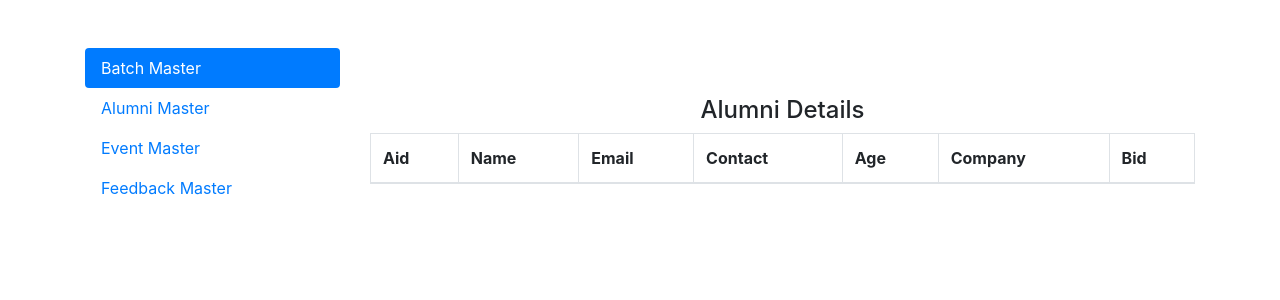
Repository: Shreyash1107/Web_Projects
Page: http://localhost/AlumnieventmanagementApplication/Viewalumni.jsp
These files come from the project's save history. The page is drawn as it stood at one moment and after the next save; the edit follows.
The browser window is 1280 px wide. The pictures show the whole page.
The page is served by Tomcat 9. Nobody is signed in. The application's start-up code is not run. Other server files are loaded and not shown. Queries for data that is not in the repository find no rows.

Above is the page before, as saved 2024-07-30 07:12:53.

### AlumnieventmanagementApplication/src/main/webapp/Viewalumni.jsp
<%@page import="org.techhub.service.*"%>
<%@page import="org.techhub.model.*"%>
<%@page import="java.util.*"%>
<%@ page language="java" contentType="text/html; charset=ISO-8859-1"
	pageEncoding="ISO-8859-1"%>
<!DOCTYPE html>
<html>
<head>
<meta charset="ISO-8859-1">
<title>View Alumni</title>
<link rel="stylesheet"
	href="https://cdn.jsdelivr.net/npm/bootstrap@4.0.0/dist/css/bootstrap.min.css"
	integrity="sha384-Gn5384xqQ1aoWXA+058RXPxPg6fy4IWvTNh0E263XmFcJlSAwiGgFAW/dAiS6JXm"
	crossorigin="anonymous">
</head>
<body>
	<div class="container mt-5">
		<div class="row">
			<div class="col-md-3">
				<div class="nav flex-column nav-pills menubar" id="v-pills-tab"
					role="tablist" aria-orientation="vertical">
					<a class="nav-link active" id="v-pills-home-tab" data-toggle="pill"
						href="index.jsp" role="tab" aria-controls="v-pills-home"
						aria-selected="true">Batch Master</a> <a class="nav-link"
						id="v-pills-profile-tab" data-toggle="pill"
						href="Alumnimaster.jsp" role="tab" aria-controls="v-pills-profile"
						aria-selected="false">Alumni Master</a> <a class="nav-link"
						id="v-pills-messages-tab" data-toggle="pill"
						href="#v-pills-messages" role="tab"
						aria-controls="v-pills-messages" aria-selected="false">Event
						Master</a> <a class="nav-link" id="v-pills-settings-tab"
						data-toggle="pill" href="#v-pills-settings" role="tab"
						aria-controls="v-pills-settings" aria-selected="false">Feedback
						Master</a>
				</div>
			</div>
			<div class="col-md-9 content">
				<div class="tab-content" id="v-pills-tabContent">
					<div class="tab-pane fade show active" id="v-pills-home"
						role="tabpanel" aria-labelledby="v-pills-home-tab">
						<div class="form-container mt-5">
						<center>
							<h4>Alumni Details</h4>
						</center>
							<table class="table table-bordered">
								<thead>
									<tr>
										<th scope="col">Aid</th>
										<th scope="col">Name</th>
										<th scope="col">Email</th>
										<th scope="col">Contact</th>
										<th scope="col">Age</th>
										<th scope="col">Company</th>
										<th scope="col">Bid</th>
									</tr>
								</thead>
								<tbody>
									<%
									Alumnimasterservice amservice = new AlumniMasterServiceImpl();
									Vector<AlumniMasterModel> vect = amservice.getalumni();
									if (vect != null) {
										for (AlumniMasterModel amodel : vect) {
									%>
									<tr>
										<td><%=amodel.getid()%></td>
										<td><%=amodel.getname()%></td>
										<td><%=amodel.getEmail()%></td>
										<td><%=amodel.getContact()%></td>
										<td><%=amodel.getAge()%></td>
										<td><%=amodel.getCompany()%></td>
										<td><%=amodel.getBid()%></td>
									</tr>
									<%
									}
									}
									%>
								</tbody>
							</table>
						</div>
					</div>
					<div class="tab-pane fade" id="v-pills-profile" role="tabpanel"
						aria-labelledby="v-pills-profile-tab"></div>
					<div class="tab-pane fade" id="v-pills-messages" role="tabpanel"
						aria-labelledby="v-pills-messages-tab"></div>
					<div class="tab-pane fade" id="v-pills-settings" role="tabpanel"
						aria-labelledby="v-pills-settings-tab"></div>
				</div>
			</div>
		</div>
	</div>
</body>
</html>

### AlumnieventmanagementApplication/src/main/java/org/techhub/service/Alumnimasterservice.java
package org.techhub.service;

import java.util.Vector;

import org.techhub.model.AlumniMasterModel;

public interface Alumnimasterservice
{
	public boolean isAlumniAdded(AlumniMasterModel am);
	public Vector<AlumniMasterModel> getalumni();
	public boolean isAlumniUpdated(AlumniMasterModel am);
	public boolean isAlumnidelete(AlumniMasterModel am);
}

### AlumnieventmanagementApplication/src/main/java/org/techhub/service/AlumniMasterServiceImpl.java
package org.techhub.service;

import java.util.Vector;

import org.techhub.model.AlumniMasterModel;
import org.techhub.repository.AlumniMasterModelrepositoryImpl;
import org.techhub.repository.Alumnirepository;

public class AlumniMasterServiceImpl implements Alumnimasterservice
{
	Alumnirepository amrepo = new AlumniMasterModelrepositoryImpl();
	public boolean isAlumniAdded(AlumniMasterModel am)
	{
		return amrepo.isAlumniAdded(am);
	}
	public Vector<AlumniMasterModel> getalumni()
	{
		Vector v = amrepo.getalumni();
		return v;
	}
	public boolean isAlumniUpdated(AlumniMasterModel am)
	{
		return amrepo.isAlumniUpdated(am);
	}
	public boolean isAlumnidelete(AlumniMasterModel am)
	{
		return amrepo.isAlumnidelete(am);
	}
}

### AlumnieventmanagementApplication/src/main/java/org/techhub/repository/Alumnirepository.java
package org.techhub.repository;

import java.util.Vector;

import org.techhub.model.AlumniMasterModel;

public interface Alumnirepository
{
	public boolean isAlumniAdded(AlumniMasterModel am);
	public Vector<AlumniMasterModel> getalumni();
	public boolean isAlumniUpdated(AlumniMasterModel am);
	public boolean isAlumnidelete(AlumniMasterModel am);
}

### AlumnieventmanagementApplication/src/main/java/org/techhub/repository/DB.java
package org.techhub.repository;

import java.sql.Connection;
import java.sql.DriverManager;
import java.sql.PreparedStatement;
import java.sql.ResultSet;
import java.sql.SQLException;

public class DB
{
	protected Connection conn;
	protected ResultSet rs;
	protected PreparedStatement pstmt;
	public DB()
	{
		try
		{
			Class.forName("com.mysql.cj.jdbc.Driver");
		}
		catch (ClassNotFoundException e)
		{
			e.printStackTrace();
		}
		try
		{
			conn = DriverManager.getConnection("jdbc:mysql://localhost:3306/alumnimanagement", "root", "Shreyash@123");
		}
		catch (SQLException e)
		{
			e.printStackTrace();
		}
	}
}

### AlumnieventmanagementApplication/src/main/java/org/techhub/repository/AlumniMasterModelrepositoryImpl.java
package org.techhub.repository;

import java.util.Vector;

import org.techhub.model.AlumniMasterModel;

public class AlumniMasterModelrepositoryImpl extends DB implements Alumnirepository
{
	Vector<AlumniMasterModel> vect = null;
	public boolean isAlumniAdded(AlumniMasterModel am)
	{
		int val;
		try
		{
			pstmt = conn.prepareStatement("insert into alumnimaster values('0',?,?,?,?,?,?)");
			pstmt.setString(1, am.getname());
			pstmt.setString(2, am.getEmail());
			pstmt.setString(3, am.getContact());
			pstmt.setInt(4, am.getAge());
			pstmt.setString(5, am.getCompany());
			pstmt.setInt(6, am.getBid());
			val = pstmt.executeUpdate();
			return val>0?true:false;
		}
		catch(Exception ex)
		{
			ex.printStackTrace();
			return false;
		}
	}
	public Vector<AlumniMasterModel> getalumni()
	{
		vect = new Vector<AlumniMasterModel>();
		try
		{
			pstmt = conn.prepareStatement("select *from Alumnimaster");
			rs = pstmt.executeQuery();
			while(rs.next())
			{
				AlumniMasterModel amodel = new AlumniMasterModel();
				amodel.setAid(rs.getInt(1));
				amodel.setname(rs.getString(2));
				amodel.setEmail(rs.getString(3));
				amodel.setContact(rs.getString(4));
				amodel.setAge(rs.getInt(5));
				amodel.setCompany(rs.getString(6));
				amodel.setBid(rs.getInt(7));
				vect.add(amodel);
			}
			return vect.size()>0?vect:null;
		}
		catch(Exception ex)
		{
			ex.printStackTrace();
		}
		return null;
	}
	public boolean isAlumniUpdated(AlumniMasterModel am)
	{
		int val;
		try
		{
			pstmt = conn.prepareStatement("update Alumnimaster set Name = ?,Email = ?,Contact=?,Age = ?, Company = ?, Bid = ? where Aid = ?");
			pstmt.setString(1, am.getname());
			pstmt.setString(2, am.getEmail());
			pstmt.setString(3, am.getContact());
			pstmt.setInt(4, am.getAge());
			pstmt.setString(5, am.getCompany());
			pstmt.setInt(6, am.getBid());
			pstmt.setInt(7, am.getid());
			val = pstmt.executeUpdate();
			return val>0?true:false;
		}
		catch(Exception ex)
		{
			ex.printStackTrace();
			return false;
		}
	}
	public boolean isAlumnidelete(AlumniMasterModel am)
	{
		int val;
		try
		{
			pstmt = conn.prepareStatement("delete from Alumnimaster where Aid = ?");
			pstmt.setInt(1, am.getid());
			val = pstmt.executeUpdate();
			return val>0?true:false;
		}
		catch(Exception ex)
		{
			ex.printStackTrace();
			return false;
		}
	}
}

After the next save:
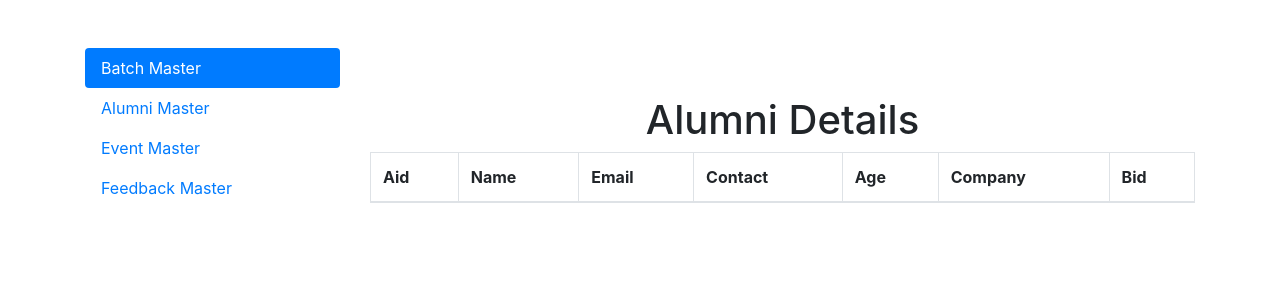
Saved 18 s later.
--- a/AlumnieventmanagementApplication/src/main/webapp/Viewalumni.jsp
+++ b/AlumnieventmanagementApplication/src/main/webapp/Viewalumni.jsp
@@ -40,7 +40,7 @@
 						role="tabpanel" aria-labelledby="v-pills-home-tab">
 						<div class="form-container mt-5">
 						<center>
-							<h4>Alumni Details</h4>
+							<h1>Alumni Details</h4>
 						</center>
 							<table class="table table-bordered">
 								<thead>
